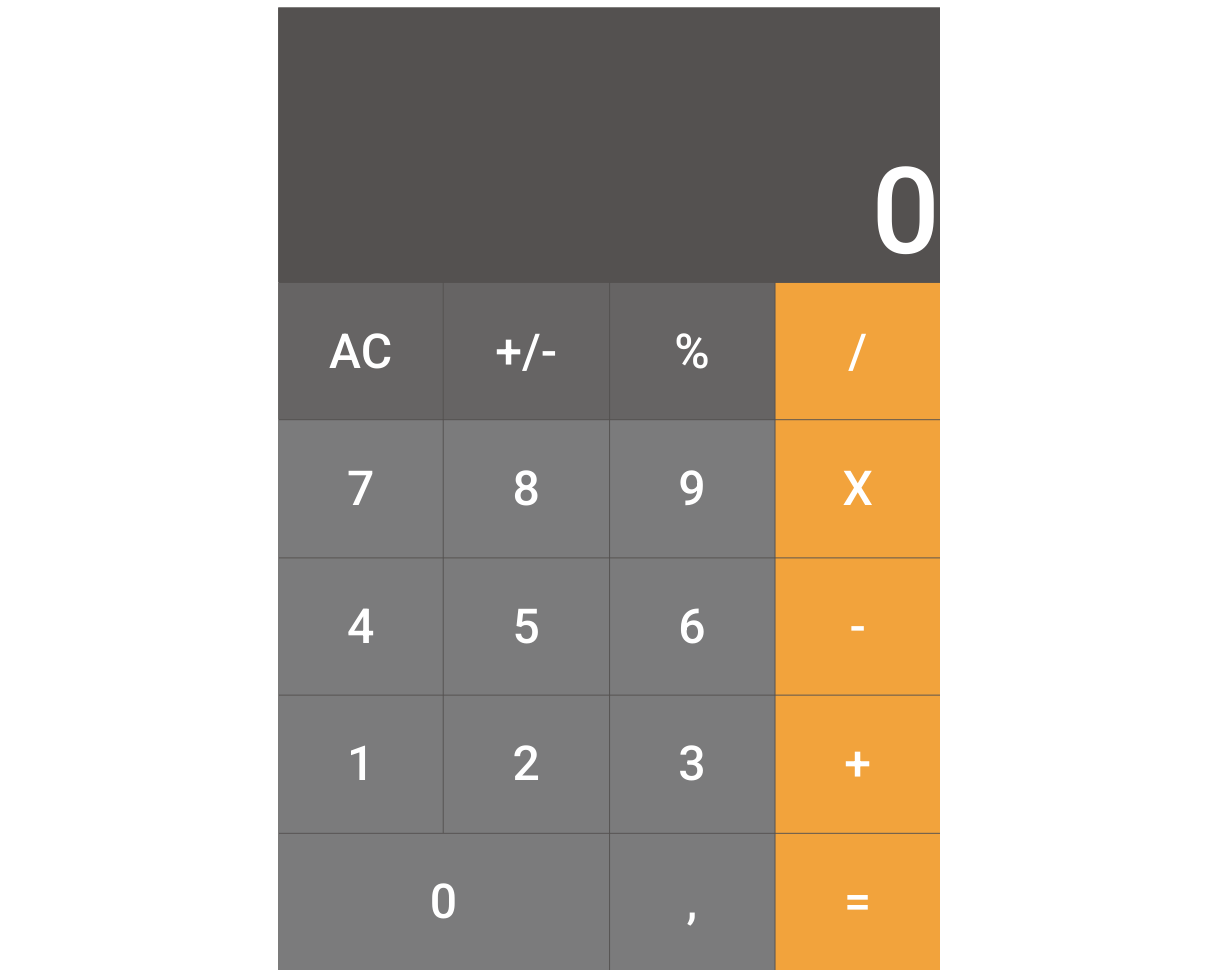
Repository: maciekto/calculatorOOP
Page: index.html
An editor plug-in stored every save of this project. The page is shown before and after the next save, followed by the edit.
The browser window is 1280 px wide. The page is 1288 px wide, so the pictures cover 1288 px, including what lies to the right of the window. The pictures show the whole page, at 94% of full size.

Above is the page before, as saved 2022-06-19 19:04:27.

### index.html
<!DOCTYPE html>
<html lang="en">
<head>
    <meta charset="UTF-8">
    <meta http-equiv="X-UA-Compatible" content="IE=edge">
    <meta name="viewport" content="width=device-width, initial-scale=1.0">
    <title>Document</title>
    <link rel="stylesheet" href="css.css">


</head>
<body>
    <main>
        <div class="Calc">
            <div class="Calc__result">0</div>

            <div class="Calc__reset">
                AC
            </div>
            <div class="Calc__opposite">
                +/-
            </div>
            <div class="Calc__percentages">
                %
            </div>
            <div class="Calc__divide">
                /
            </div>

            <div class="Calc__7">7</div>
            <div class="Calc__8">8</div>
            <div class="Calc__9">9</div>
            <div class="Calc__multiply">
                X
            </div>

            <div class="Calc__4">4</div>
            <div class="Calc__5">5</div>
            <div class="Calc__6">6</div>
            <div class="Calc__substraction">
                -
            </div>

            <div class="Calc__1">1</div>
            <div class="Calc__2">2</div>
            <div class="Calc__3">3</div>
            <div class="Calc__addition">
                +
            </div>

            <div class="Calc__0">0</div>
            <div class="Calc__comma">,</div>
            <div class="Calc__isequal">
                =
            </div>

        </div>
    </main>

    <script src="js.js"></script>
</body>
</html>

### css.css
@import url('https://fonts.googleapis.com/css2?family=Roboto:wght@400;500;700&display=swap');

* {
    font-family: 'Roboto', sans-serif;
    font-weight: 500;
    box-sizing: border-box;
}

main {
    width: 100vw;
    height: 100vh;
    display: grid;
    place-items: center;
}

.Calc {
    max-width: 60vw;
    width: 55vw;
    height: 80vw;
    background: #545150;
    color: white;
    display: grid;
    grid-template-columns: repeat(4, 1fr);
    grid-template-rows: repeat(7, 1fr);
    grid-template-areas:
    "result result result result"
    "result result result result"
    "reset opposite percentages divide"
    "seven eight nine multiply"
    "four five six substraction"
    "one two three addition"
    "zero zero comma isequal"
    ;
    grid-gap: 1px;
    font-size: 4vw;
}
.Calc div {
    display: grid;
    place-items: center;
    background: #7b7b7c;
}
.Calc__result {
    font-size: 10vw;
    grid-area: result;
    background: #545150 !important;
    place-items: end end !important;
}
.Calc__reset {
    background: #666464 !important;
}
.Calc__opposite {
    background: #666464 !important;
}
.Calc__percentages {
    background: #666464 !important;
}
.Calc__divide {
    background: #f2a33c !important;
}
.Calc__multiply {
    background: #f2a33c !important;
}
.Calc__substraction {
    background: #f2a33c !important;
}
.Calc__addition {
    background: #f2a33c !important;
}
.Calc__isequal {
    background: #f2a33c !important;
}


.Calc__0 {
    grid-area: zero;
}

### js.js
console.log('siemano')

After the next save:
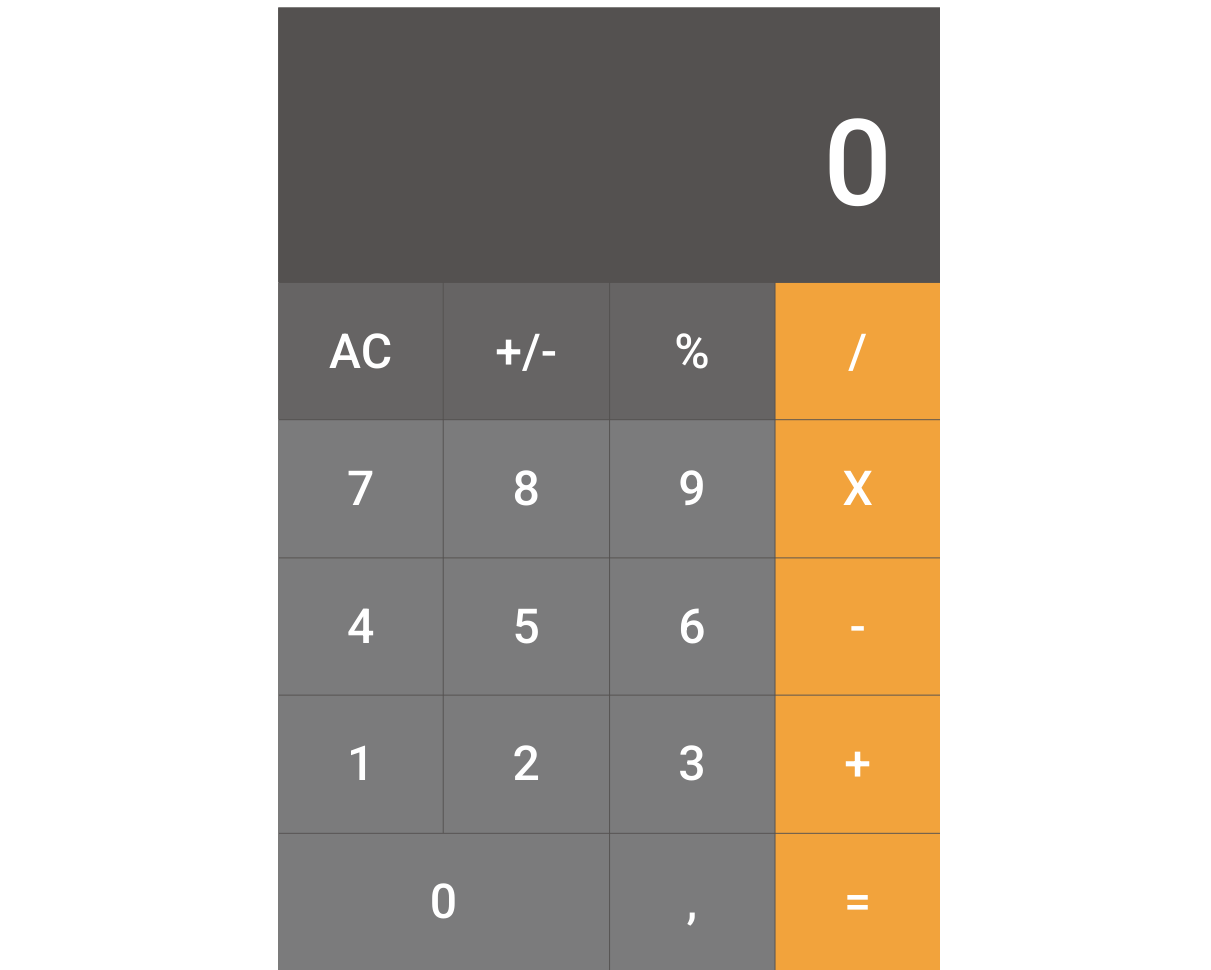
Saved 6 s later.
--- a/css.css
+++ b/css.css
@@ -40,6 +40,7 @@ main {
     background: #7b7b7c;
 }
 .Calc__result {
+    padding: 4vw;
     font-size: 10vw;
     grid-area: result;
     background: #545150 !important;
